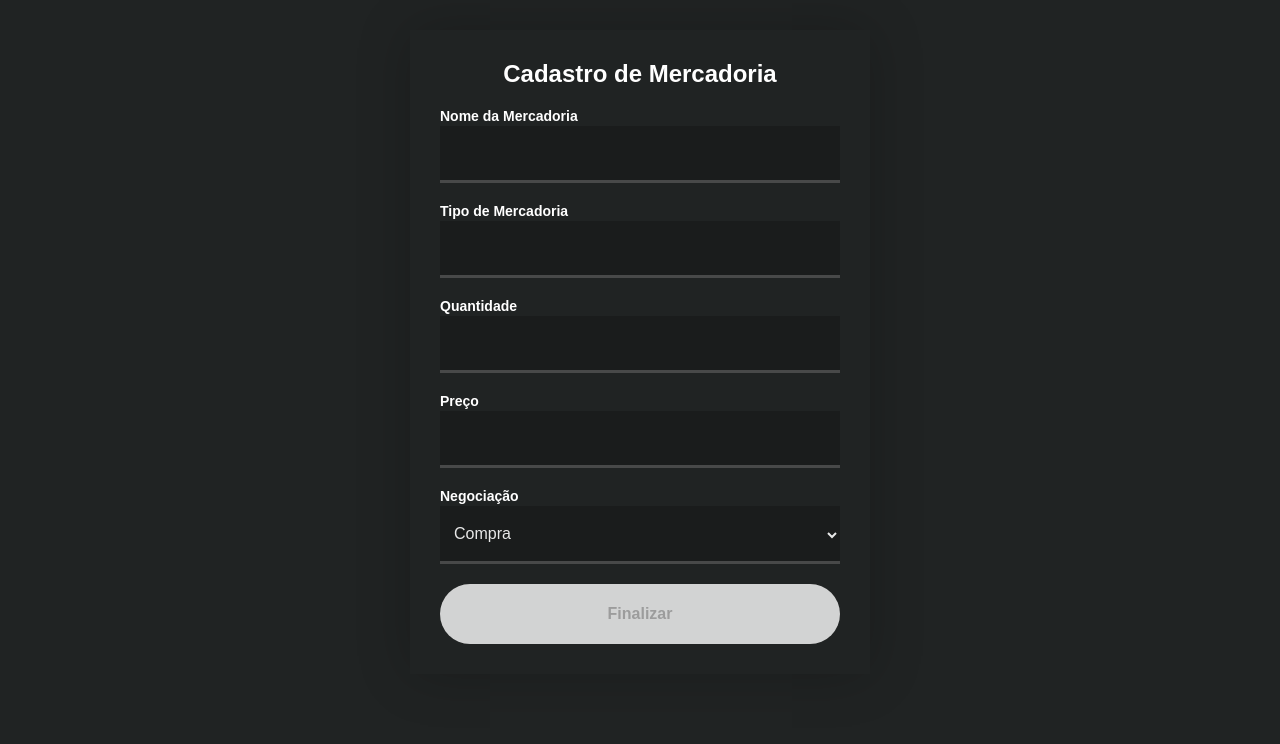
Repository: felipedischer/valemobi
Page: http://localhost/Valemobi/
The author's editor kept a copy of each file at every save. The page is drawn from the files as they stood at one save, then again after the next save.
The browser window is 1280 px wide. The pictures show the whole page.
The page is served by Tomcat 9. Other server files are loaded and not shown.

Above is the page before, as saved 2016-09-28 04:04:10.

### Valemobi/WebContent/index.jsp
<%@ page language="java" contentType="text/html; charset=ISO-8859-1"
    pageEncoding="ISO-8859-1"%>
<!DOCTYPE html PUBLIC "-//W3C//DTD HTML 4.01 Transitional//EN" "http://www.w3.org/TR/html4/loose.dtd">
<html>
<head>
<meta http-equiv="Content-Type" content="text/html; charset=ISO-8859-1">

<link rel="stylesheet" type="text/css" href="estilo/css/estilo.css">

<title>Plataforma de Negociação</title>

</head>
<body>

<main id="conteudo">
		<div class="container">
			<form action="contatoservlet" method="post">
				<h2>Cadastro de Mercadoria</h2>


				<div class="grupo">
					<label for="campo1">Nome da Mercadoria</label>
					<input type="text" id="campo1" name="nome">
				</div>

				<div class="grupo">
					<label for="campo2">Tipo de Mercadoria</label>
					<input type="text" id="campo2" name="tipo">
				</div>

				<div class="grupo">
					<label for="campo3">Quantidade</label>
					<input type="number" id="campo3" name="quantidade">
				</div>

				<div class="grupo">
					<label for="campo4">Preço</label>
					<input type="text" id="campo4" name="preco">
				</div>

				<div class="grupo">
					<label for="campo5">Negociação</label>
					<select id="campo5" name="negociacao">
						<option value="COMPRA">Compra</option>
						<option value="VENDA">Venda</option>
					</select>
				</div>
				<button class="btn btn-cadastrar" type="submit">Finalizar</button>
			</form>
		</div>
	</main>






</body>
</html>

### Valemobi/WebContent/estilo/css/estilo.css

*{
	margin: 0px;
	padding: 0px;
	outline: none;
	font-family: "Arial";
	color: #bbbbbb;
	text-decoration: none;
}
.container{
	box-sizing: border-box;
	display: block;
	margin: auto;
	padding: 0px 15px;
	width: 1170px;
	max-width: 100%;
}

body{
	padding-bottom: 40px;
	background: #202323;
	width: 100%;
	height: 100%;
	position: relative;
}



/*CONTEUDO*/
#conteudo{
	padding: 30px 0px;
}
form label{
	color: white;
}
form {
	padding: 30px;
	max-width: 400px;
	margin: auto;
	box-shadow: 0px 0px 52px 0px rgba(0,0,0,0.2);
	animation: fadeIn 1.5s cubic-bezier(0.19,1,0.22,1);
}

form h2{
	text-align: center;
	margin-bottom: 20px;
	color: white;
}
form .grupo{
	margin-bottom: 20px;
}
form .grupo > *{
	display: block;
}
form .grupo label{
	font-weight: bold;
	font-size: 14px;
	margin-bottom: 2px;
	color: white;
}
form .grupo input, form .grupo select{
	border: none;
	box-sizing: border-box;
	width: 100%;
	padding: 10px;
	font-size: 16px;
	background: rgba(0,0,0,0.2);
	color: rgba(255,255,255,0.9);
    padding: 18px 10px;
    border-bottom: solid 3px rgba(255,255,255,0.2);
    transition: all 0.4s cubic-bezier(0.19,1,0.22,1);
}
/*
form .grupo input + label,
form .grupo input ~ label{
	color: white;
}
*/
form .grupo input:focus{
	border-color: white;
}
form .grupo.erro input{
	border-bottom-color: red;
}
form .grupo.valido input{
	border-bottom-color: #88bd64;
}


.btn{
	cursor: pointer;
	font-weight: bold;
	display: block;
	height: 50px;
	padding: 10px 20px;
	border-radius: 25px;
	border: none;
	font-weight: bold;
	font-size: 16px;
	background: white;
	opacity: 0.8;
	transition: all 1s cubic-bezier(0.19,1,0.22,1);
}
.btn:hover{
	opacity: 1;

}
form > .btn{
	width: 100%;
	height: 60px;
	border-radius: 30px;
}
/*RODAPE*/
#rodape{
	position: fixed;
	width: 100%;
	height: 40px;
	bottom: 0px;
	background: #1c2121;
}
#rodape p{
	text-align: center;
	line-height: 40px;
	color: white;
}

.ui-datepicker{
	background: white;
}

After the next save:
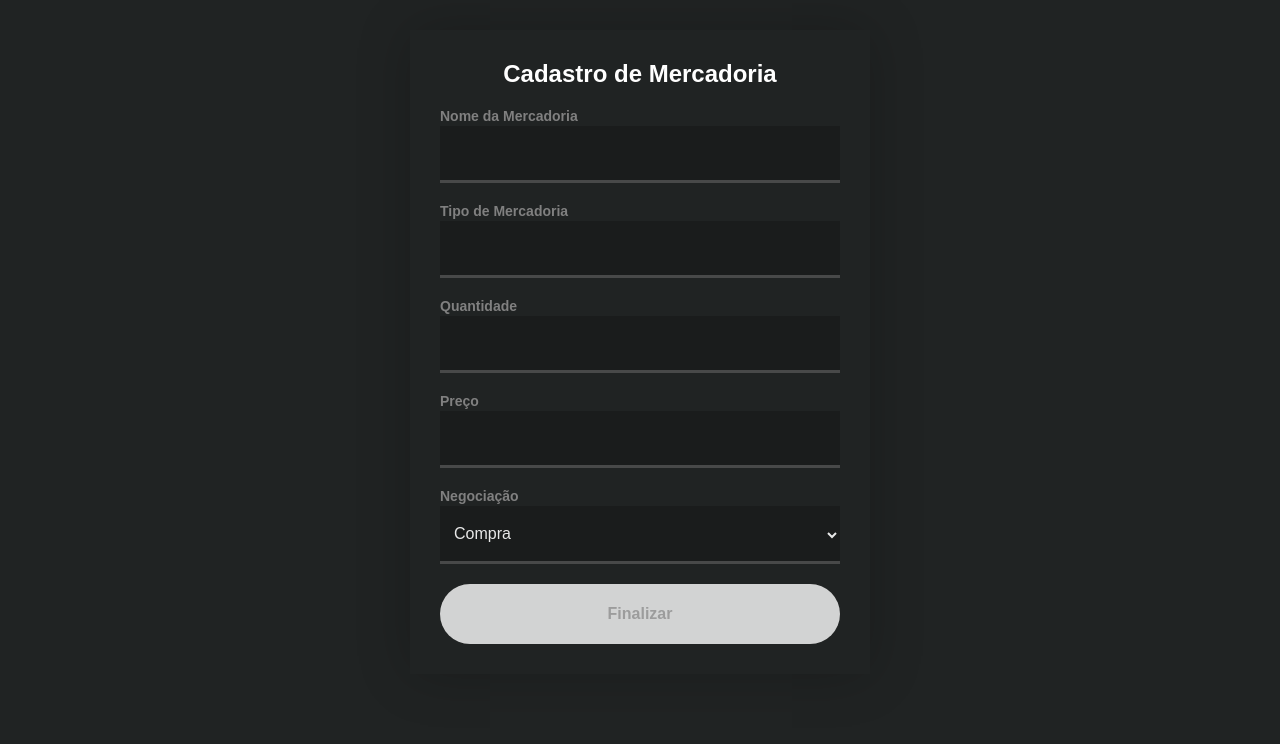
Saved 68 s later.
--- a/Valemobi/WebContent/estilo/css/estilo.css
+++ b/Valemobi/WebContent/estilo/css/estilo.css
@@ -56,7 +56,7 @@ form .grupo label{
 	font-weight: bold;
 	font-size: 14px;
 	margin-bottom: 2px;
-	color: white;
+	color: Grey;
 }
 form .grupo input, form .grupo select{
 	border: none;
